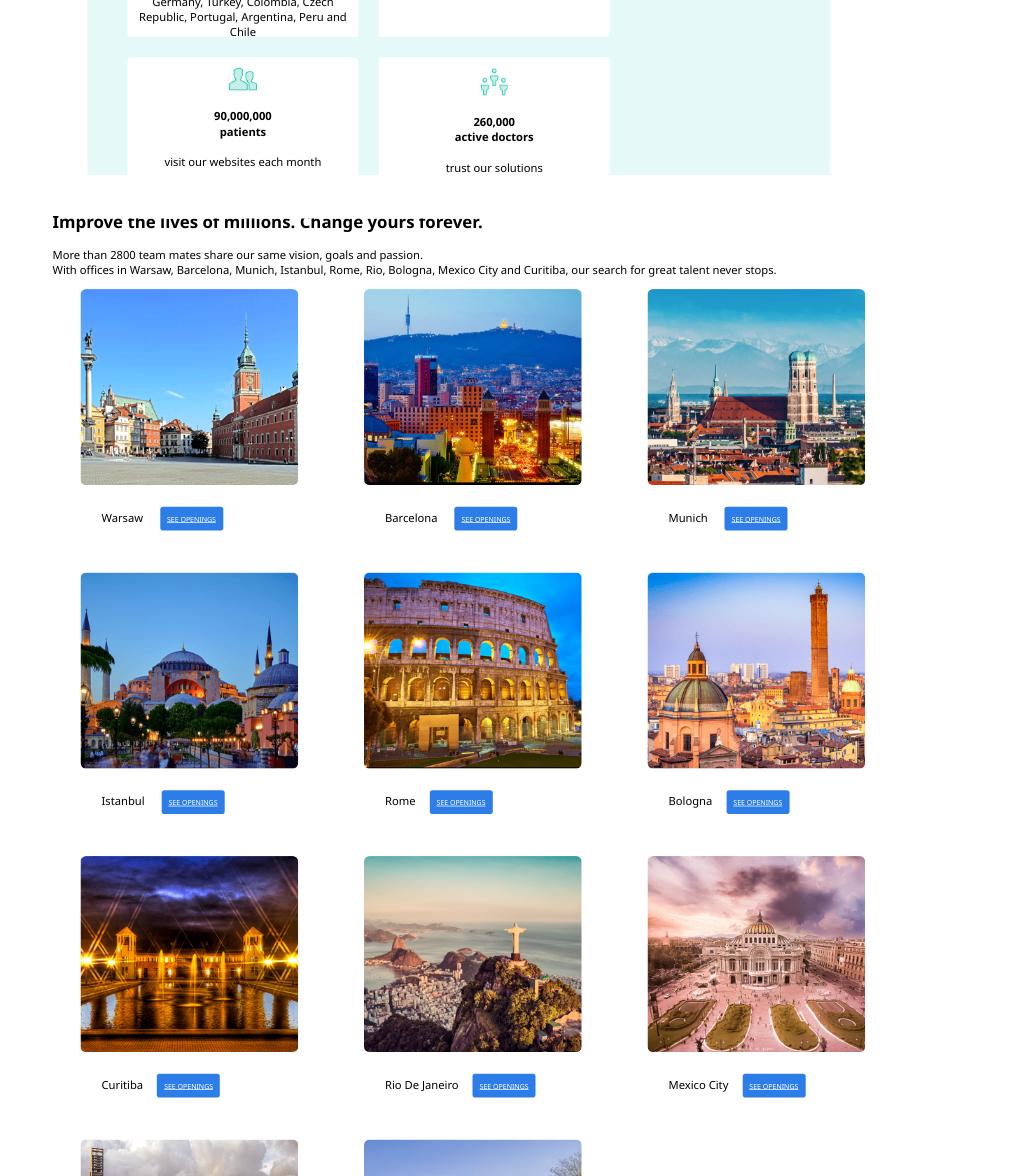
Repository: awa-creator/Checkpoint4
Page: doc.html
These files come from the project's save history. The page is drawn as it stood at one moment and after the next save; the edit follows.
The browser window is 1280 px wide. The page is 1455 px wide, so the pictures cover 1455 px, including what lies to the right of the window. The pictures show the part of the page from y = 1430 to 3110 px (the page is 3767 px tall before and 3886 px after), at 70% of full size.

Above is the page before, as saved 2024-09-23 20:49:50.

### doc.html
<!DOCTYPE html>
<html lang="en">
<head>
    <meta charset="UTF-8">
    <meta name="viewport" content="width=device-width, initial-scale=1.0">
    <title>Document</title>
    <link rel="stylesheet" href="style1.css">

</head>

<body>
        <header class="Doc_header" >
            <img class="doc_logo" src="image/imagdocplanner/logo-default-group-en.svg" alt="logo" width="238px" height="33px">
            <ul class="nav_menu">
            <li><h4 class="H">A About us</h4></li>
        <li><h4 class="H"> Career</h4></li>
        <li><h4 class="H">Departments</h4></li>
    </ul>
</header>
    <section class="Introduction">
        <div class="intrologo">
            <img  src="image/imagdocplanner/sygnet.png" alt="" >
        </div>
               <h1 class="tittle_intro" >Making the healthcare experience more human</h1>
        <div class="intro_text">
        <p class="ipara1">We want patients to find the perfect doctor and book an appointment in the most easy way. The patient journey should be enjoyable, and that's why we are always next to them:to help them find the best possible care. Anytime, anywhere.</p>
        <p class="ipara2"> We also help doctors to better manage their practice and build their online reputation. With our integrated end-to-end solution, doctors are able not only to improve their online presence, but also to devote their time to what really matters: their patients.</p>
        </div>
        </section>
        <section class="box">
            <div class="boxp">
                <img src="image/imagdocplanner/icon-patients.svg" alt="">
                <h2 class="text">For patients</h2> <p class="boxtext">Find a doctor, book a <br> visit and solve any <br> health-related doubt</p>
             <div class="">
   <select name="selectp" id="">
    <option value="">Choose a country</option>
    <option value="">Tunisia</option>
    <option value="">Morocco</option>
    <option value="">Senegal</option>
    <option value="">England</option>
    <option value="">Sweden</option>
    <option value="">France</option>
    <option value="">Saudi Arabia</option>
    <option value="">Japan</option>
   </select>
             </div>
            </div>
            <div class="boxd">
                <img src="image/imagdocplanner/icon-doctors.svg" alt=""> <h2 class="text">For doctors</h2> <p class="boxtext">Save time managing <br>visits and cut no- <br>shows by half</p>
            <div class="selectd">
                <select name="" id="">
                    <option value="">Choose a country</option>
                    <option value="">Argentina</option>
                    <option value="">Brazil</option>
                    <option value="">Chili</option>
                    <option value="">Colombia</option>
                    <option value="">Czech</option>
                    <option value="">Germany</option>
                    <option value="">Italy</option>
                    <option value="">Mexico</option>
                    <option value="">Peru</option>
                    <option value="">Poland</option>
                    <option value="">Spain</option>
                    <option value="">Turkey</option>
                   </select>
            </div>
            </div>
            <div class="boxc">
                <img src="image/imagdocplanner/icon-clinics.svg" alt=""> <h2 class="text">For clinics</h2> <p class="boxtext">Deliver an exceptional <br> patient experience in <br> your clinic</p>
            <select name="" id="">
                <option value="">2 to 20 specialists</option>
                    <option value="">Brazil</option>
                    <option value="">Czech</option>
                    <option value="">Germany</option>
                    <option value="">Italy</option>
                    <option value="">Mexico</option>
                    <option value="">Poland</option>
                    <option value="">Spain</option>
                    <option value="">Turkey</option>
            </select> <br><br>
            <select name="" id="">
                <option value="">More than 20 specialists</option>
                <option value="">Brazil</option>
                <option value="">Italy</option>
                <option value="">Mexico</option>
                <option value="">Poland</option>
                <option value="">Spain</option>
            </select>
            </div>
        </section>
        <secti  on class="brand_section">
            <p class="brand_intro"> We are a global company  with local culture </p>
            <ul class="brand_logo">
            <a class="bl" href="https://www.znanylekarz.pl/" ><img class="im" src="image/imagdocplanner/sygnet.png" alt="">Znanylekarz</a>
            <a class="bl" href="https://www.doctoralia.es/"><img class="im" src="image/imagdocplanner/sygnet.png" alt="">doctoralia</a>
            <a class="bl" href="https://www.miodottore.it/"><img class="im" src="image/imagdocplanner/sygnet.png" alt="">miodottore</a>
            <a class="bl" href="https://www.doktortakvimi.com/"><img class="im" src="image/imagdocplanner/sygnet.png" alt="">doktortakvimi</a>
            <a class="bl" href="href=https://www.znamylekar.cz/"><img class="im" src="image/imagdocplanner/sygnet.png" alt="">znamylekar</a>
            <a class="bl" href="https://www.jameda.de/"><img class="jameda" src="image/imagdocplanner/logo-jameda.svg" alt=""></a>
            <a href="https://tuotempo.com/powered-by-tuotempo"><img class="tuotempo" src="image/imagdocplanner/logo-tuotempo.svg" alt="" width="140px" height="30px"></a>
            <a href="https://gipo.it/?redirect_origin=www.gipo.it"><img class="gipo" src="image/imagdocplanner/logo-gipo-primary.svg" alt=""></a>
            <a href="href=https://clinic-cloud.com/"><img class="clinic" src="image/imagdocplanner/logo-clinicloud.svg" alt=""></a>
            <a  href="href=https://feegowclinic.com.br/"><img class="feegowclinic"  src="image/imagdocplanner/logo-feegow.svg" alt=""></a>
            <a  href="href=https://mydr.pl/welcome/"><img class="mydr" src="image/imagdocplanner/my-dr-edm-logo.svg" alt="" ></a>
        </ul>
    </secti>
        <section class="platform">
            <div class="plat">
            <h1> The world's biggest <br>healthcare platform</h1>
<p>We work from 9 offices all over the world, bringing Docplanner Group <br>to life in 13 countries. <br></p></div>
       <div class="logsynget"> <img class="logosy" src="image/imagdocplanner/sygnet.png" alt=""></div>
                     <div class="grid">
                <div class="column1">
                    <img src="image/imagdocplanner/flag.png" alt=""> <h4>Leader in 13 <br>countries</h4> <p>Poland, Brazil, Mexico, Spain, Italy, Germany, Turkey, Colombia, Czech Republic, Portugal, Argentina, Peru and Chile</p>
                        </div>
                 <div class="column2">
                    <img src="image/imagdocplanner/visits.png" alt=""> <h4>22,000,000 <br>appointments</h4><p>booked last month</p>
                        </div>
                 <div class="column1">
                    <img src="image/imagdocplanner/patients.png" alt=""><h4>90,000,000 <br>patients</h4><p>visit our websites each month</p>
                        </div>
                <div class="column2">
                    <img src="image/imagdocplanner/doctors.png" alt=""><h4>260,000 <br>active doctors</h4> <p>trust our solutions</p>
                        </div>
                    </div>
        </section>
        <section class="contries">
            <h1>Improve the lives of millions. Change yours forever.</h1>
            <p> More than 2800 team mates share our same vision, goals and passion. <br>With offices in Warsaw, Barcelona, Munich, Istanbul, Rome, Rio, Bologna, Mexico City and Curitiba, our search for great talent never stops. </p>
        </section>
       <section>
            <ul class="picture" >
     <li class="contry1">
        <img class="coun" src="image/imagdocplanner/warsaw.png" alt=""><div class="count">Warsaw <a href="#">SEE OPENINGS</a></div></li>
<li class="country2">
<img class="coun"  src="image/imagdocplanner/barcelona.png" alt=""><div class="count">Barcelona <a href="#" target="_blank" rel="noopener noreferrer">SEE OPENINGS</a></div>
</li>
<li class="country3">
<img class="coun" src="image/imagdocplanner/munich.png" alt=""><div class="count">Munich <a href="#" target="_blank" rel="noopener noreferrer">SEE OPENINGS</a></div>
</li>
<li class="country3">
<img class="coun" src="image/imagdocplanner/istanbul.png" alt=""> <div class="count">Istanbul <a href="#" target="_blank" rel="noopener noreferrer">SEE OPENINGS</a></div>
</li>
<li class="country4">
<img class="coun" src="image/imagdocplanner/rome.png" alt=""><div class="count">Rome<a href="#" target="_blank" rel="noopener noreferrer">SEE OPENINGS</a></div>
</li>
<li class="country5">
<img class="coun" src="image/imagdocplanner/bologna.png" alt=""><div class="count">Bologna<a href="#" target="_blank" rel="noopener noreferrer">SEE OPENINGS</a></div>
</li>
<li class="country6">
    <img class="coun" src="image/imagdocplanner/curitiba.png" alt=""><div class="count">Curitiba<a href="#" target="_blank" rel="noopener noreferrer">SEE OPENINGS</a></div>
    </li>
    <li class="country7">
        <img class="coun" src="image/imagdocplanner/rio-janeiro.png" alt=""><div class="count">Rio De Janeiro<a href="#" target="_blank" rel="noopener noreferrer">SEE OPENINGS</a></div>
        </li>
        <li class="country8">
            <img class="coun" src="image/imagdocplanner/mexico-city.png" alt=""><div class="count">Mexico City<a href="#" target="_blank" rel="noopener noreferrer">SEE OPENINGS</a></div>
            </li>
            <li class="country9">
                <img class="coun" src="image/imagdocplanner/bogota.png" alt="" ><div class="count">Bogota<a href="#" target="_blank" rel="noopener noreferrer">SEE OPENINGS</a></div>
                </li>
                <li class="country10">
                    <img class="coun" src="image/imagdocplanner/amsterdam.png" alt=""><div class="count">Amsterdam<a href="#" target="_blank" rel="noopener noreferrer">SEE OPENINGS</a></div>
                    </li>
                </ul>
            </section>
<section>
    <p class="conclu"> Sounds interesting? Join us now!</p>
    <div class="finish"><a href="" target="_blank" rel="noopener noreferrer">SEE ALL CURRENT OPENINGS</a></div>
</section>



</body>
<footer> <hr>
    <p class="end">We are leaders in 13 countries: Poland,Turkey, Spain, Italy, Germany, Czech Republic, Portugal, Mexico, Colombia, Brazil, Argentina, Peru and Chile
    <br>www.docplanner.com © 2024 </p>

</footer>
</html>

### style1.css
body{
    font-family: 'Segoe UI', Tahoma, Geneva, Verdana, sans-serif;
    padding: 70px;
    margin: 5px;

    }
.Doc_header{
    display: inline;
    padding: 10px;
    margin: 10px;
    display: flex;
    justify-content: space-between;
    align-content: space-between;
    position: sticky;
}
.doc_logo{
    display: flex;
    align-content: flex-start;
}
.nav_menu{
    display: flex;
    justify-content: space-between;
    margin:0px;
    padding: 0px;
    list-style-type: none;
    color: #747474;
}
.H{
    margin: 10px;
}
.intrologo{
text-align: center;
    width:40px;
    height: 39px;
}

.log{
    text-align: center;
}

.tittle_intro{
text-align: center;
color:#00b39b;
font-size:2em;
font-family:Arial, Helvetica, sans-serif;
}
.intro_text{
    display: flex;
    justify-content: space-around;
    color:#747474;
    font-family: system-ui, -apple-system, BlinkMacSystemFont, 'Segoe UI', Roboto, Oxygen, Ubuntu, Cantarell, 'Open Sans', 'Helvetica Neue', sans-serif;
    font-size: 16px;
    margin:20px;
}
.box{
    display: flex;
    margin: 30px;
    width: 80%;
    flex-direction: row;
    justify-content: space-between;
    align-content:space-between;

}

.boxp{
    background-color:#00ccb1;
   padding: 10px;
   border-radius: 10px;
   color: white;
   margin: 10px;
   height: 300px;
   flex-basis: 48%;
   width: 20%;
}
.boxd{
    background-color:#3d83df ;
   padding: 10px;
   border-radius: 10px;
   color: white;
   margin: 10px;
   height: 300px;
   flex-basis: 48%;
   width:20%;
}
.boxc {
    background-color:#1b2734;
    padding: 10px;
    border-radius: 10px;
    color: white;
    margin: 10px;
    height: 300px;
    flex-basis: 48%;
    width:20%;
}
.text{
    font-family: Arial, Helvetica, sans-serif;
}
.boxtext{

    font-size: 24px;
}
.selectp{
    background-color: none;
}
.brand_intro{
    display: flex;
    justify-content: space-between;
    color: #00b39b;
    float: left;
    width: 33%;
    padding: 20px;
    margin: 20px;
    size: 50px;
}
.brand_section{
    display: flex;
    justify-content: space-between;
}
.brand_logo{
    display: flex;
    flex-wrap: wrap;
    justify-content: space-around;
    margin: 10px;
}
.im{
    height: 25px;
    width:25px;
   color:#747474;
}
.tuotempo{
    width: 100px;
}
.gipo{
    width: 40px;
}
.clinic{
    width: 60px;
}
.feegowclinic{
    width: 90px;
}
.mydr{
    width: 100px;
}
.mydr{
    color: #747474;
}
.platform{
    background-color:#e5faf8;
    display:flex;
    justify-content: space-between;
    flex-direction: column;
    height: 600px;
    padding: 50px;
    margin: 50px;
    width: 85%;
}

.plat{
    padding: 20px;
    width: 100%;
    color:#34b99d;
    max-width: 1100px;
    margin: 0 auto;
    padding: 0 20px;
    margin-top: 50px;
}
.logosy{
    padding-left: 50px;
    padding-top: 50px;
}
.logsynget{
    position: absolute;
    padding-top: 200px;
    width: 100%;
    height: 100%;
    overflow: hidden;
}
.grid{
    display:flex;
    display: grid;
    grid-template-columns: repeat(2, 2fr);
    gap: 15px;
    width: 100%;
    max-width: 350px;
    position: relative;
    flex-wrap: wrap;
}

.column1,.column2{
     justify-content: space-between;
    flex-wrap: wrap;
    height: 200px;
    margin: 7px;
    width: 300px;;
    background-color:#FFF;
    padding: 15px;
    border-radius: 5px;
    text-align: center;
}

.contries{
    justify-content: center;
}
.picture{
    display: grid;
    grid-template-columns: repeat(3, 400px);
    grid-template-rows: repeat(3, 400px);
    list-style-type: none;
    grid-gap: 5px;
    margin: auto;
}
.coun{
    border-radius: 8px;
    width: 311px;
    height:280px;
}

.count a{
    width: 70px;
    height: 15px;
    left: 200px;
    top: -50px;
    background-color: #2c7de7;
    color: white;
    font-size: .625rem;
    padding: 1em 1.5em;
    border-radius: 4px;
    bottom: px;
}
.count,.count a{
    margin: 20px;
    padding: 10px;
}
.conclu{
font-size: 30px ;
}
.finish{
    width: 70px;
    height: 30px;
    left: 250px;
    top: -50px;
    background-color: #2c7de7;
    color: white;
    font-size: .625rem;
    padding: 25px;
    border-radius: 4px;
    bottom: px;
}
.end{
    color: #747474;
    text-align: center;
}

After the next save:
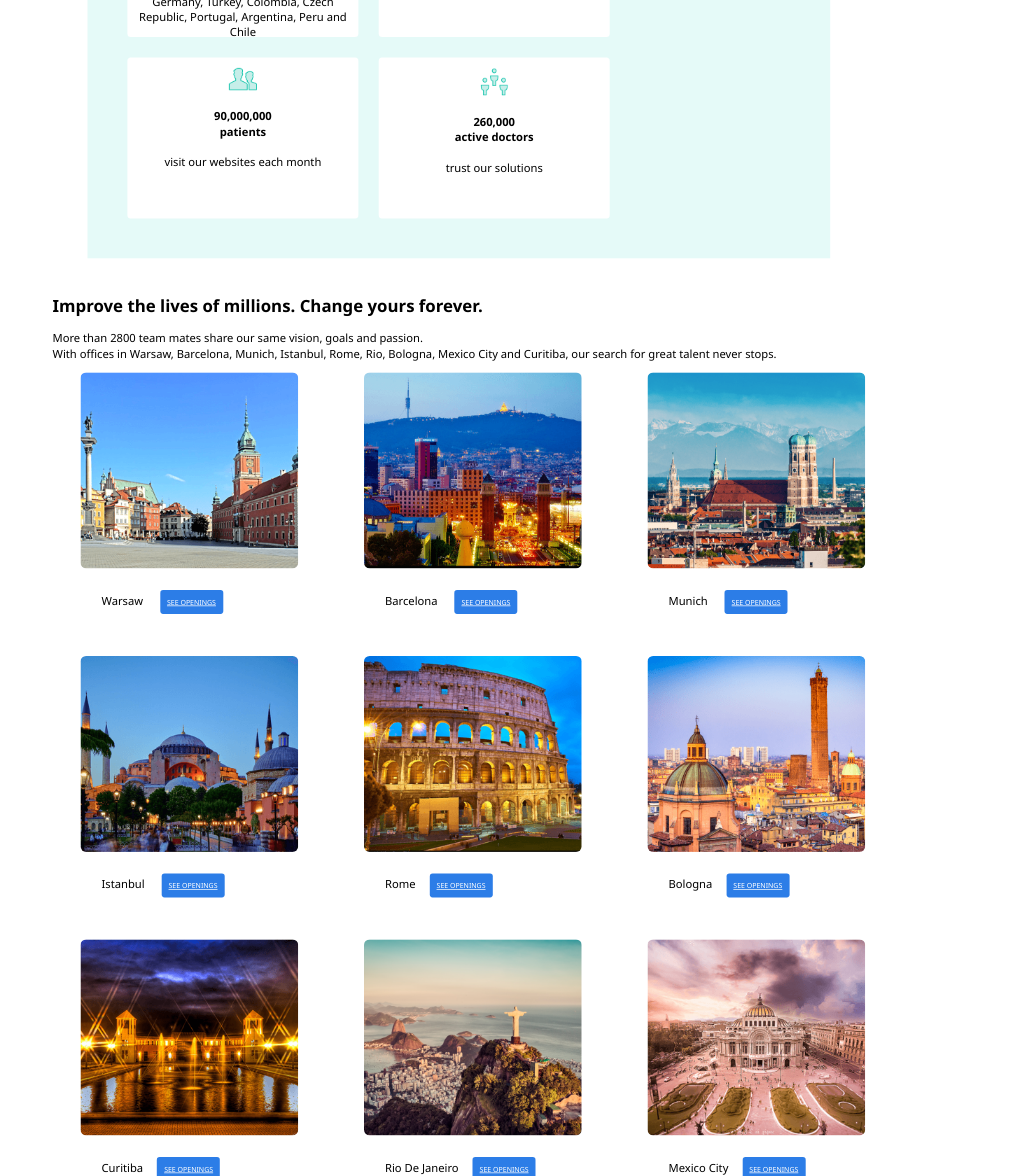
Saved 22 s later.
--- a/style1.css
+++ b/style1.css
@@ -150,7 +150,7 @@
     display:flex;
     justify-content: space-between;
     flex-direction: column;
-    height: 600px;
+    height: 85%;
     padding: 50px;
     margin: 50px;
     width: 85%;
